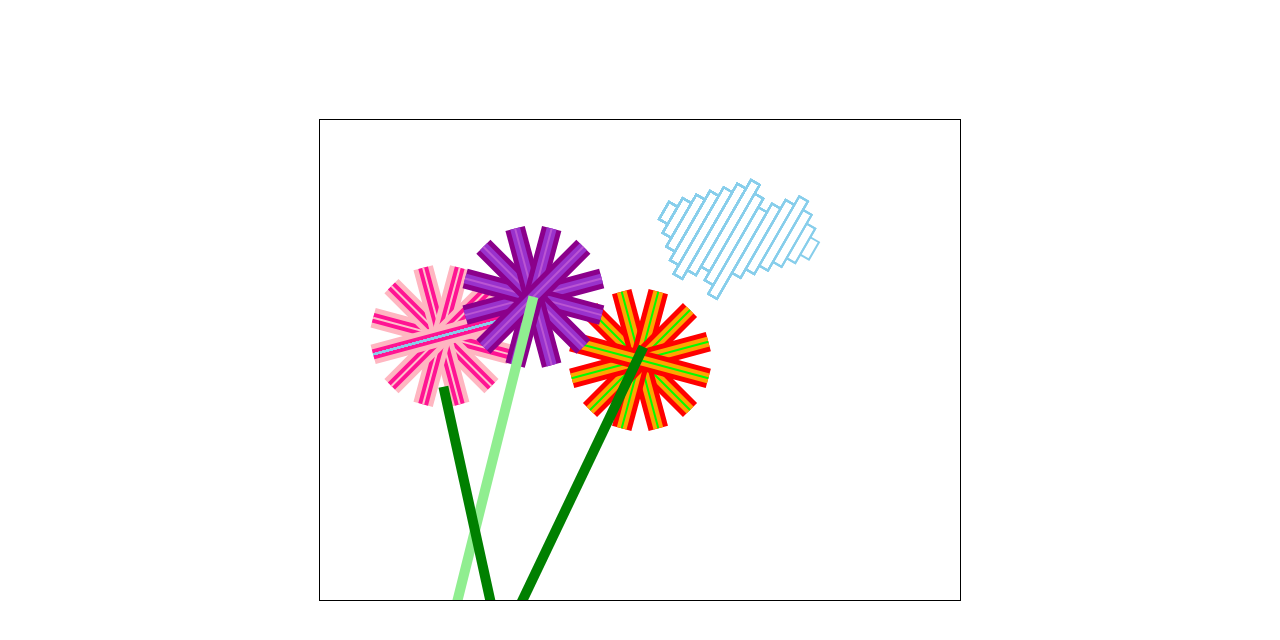
Repository: huanz488/huanz488-github.io
Page: digital painting/App.html
The author's editor kept a record of every edit. The page is drawn from the files as they stood at one moment, then again after the next edit.
The browser window is 1280 px wide. The pictures show the whole page.

Above is the page before.

After the next edit:
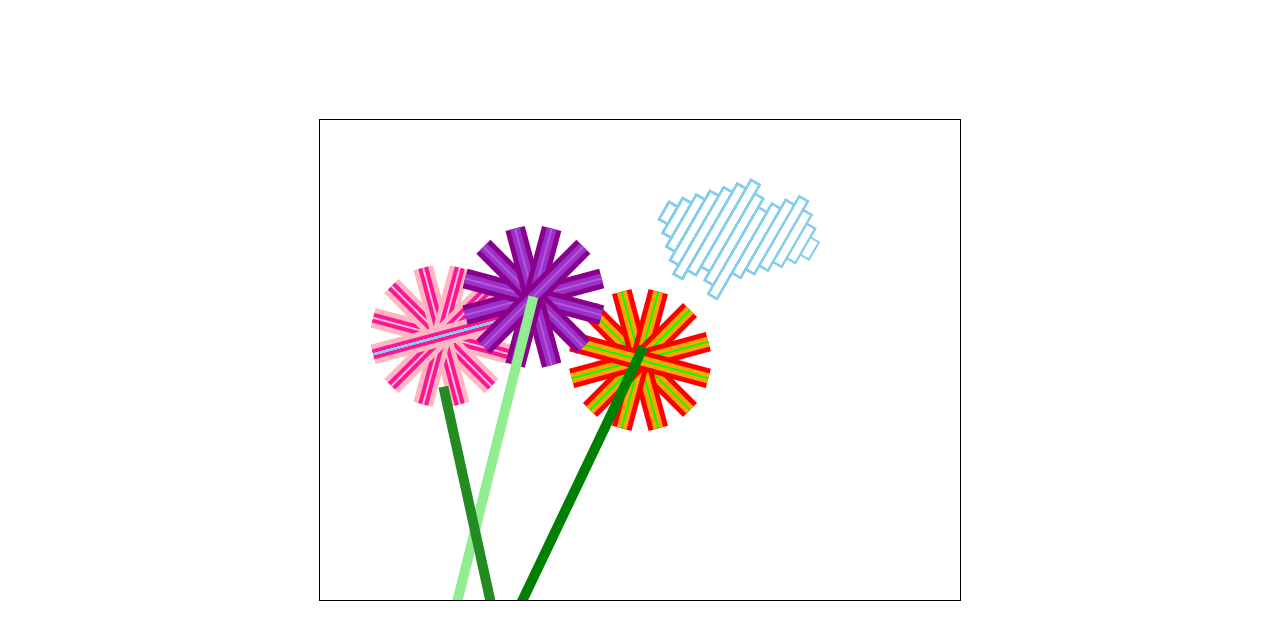
The edit:
--- a/digital painting/App.html
+++ b/digital painting/App.html
@@ -276,7 +276,7 @@
     ctx.lineTo(-10, -10);
 
     ctx.lineWidth = 10;
-    ctx.strokeStyle = 'green';
+    ctx.strokeStyle = 'ForestGreen';
     ctx.stroke();
 
 
